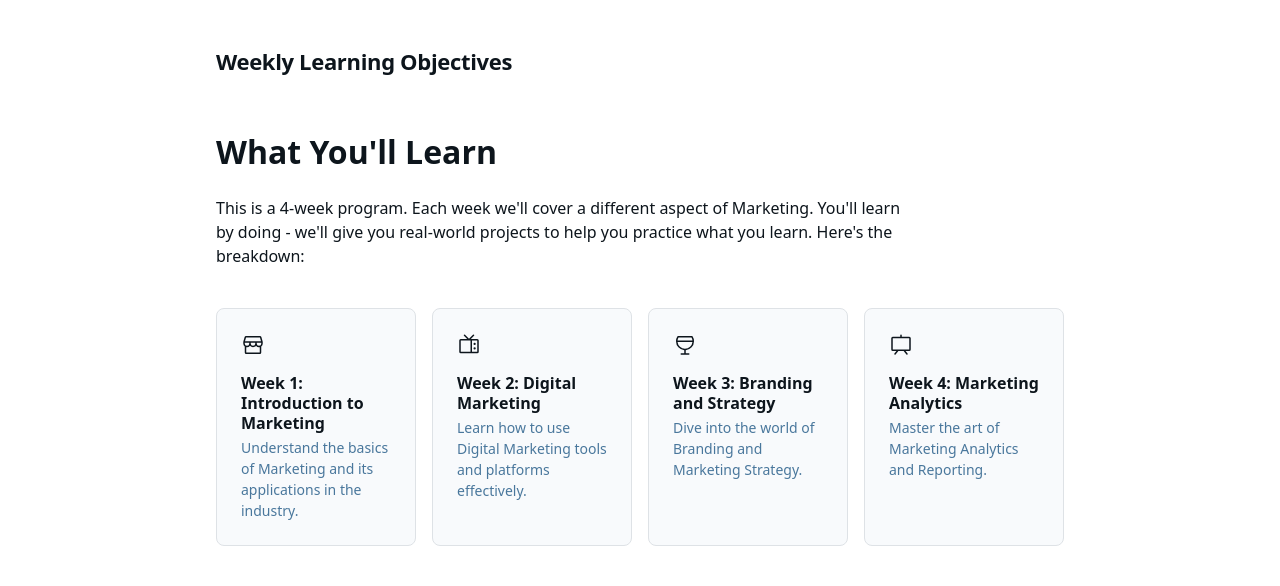
Repository: VickyJulme/fin-page-archesha
Page: /
An editor plug-in stored every save of this project. The page is shown before and after the next save, followed by the edit.
The browser window is 1280 px wide. The pictures show the part of the page from y = 765 to 1351 px (the page is 1351 px tall).
The project was rebuilt for these pictures with package versions that can differ from the ones it lists, and the page was loaded fresh each time. Also part of the build but not shown: vite.config.js, src/App.css, src/Component/HR/Hr.jsx, src/Component/DataScience/DataHome.jsx, src/Component/Marketing/Marketing.css, src/Component/Marketing/Marketing.jsx.

Above is the page before, as saved 2024-08-06 16:53:53.

After the next save:
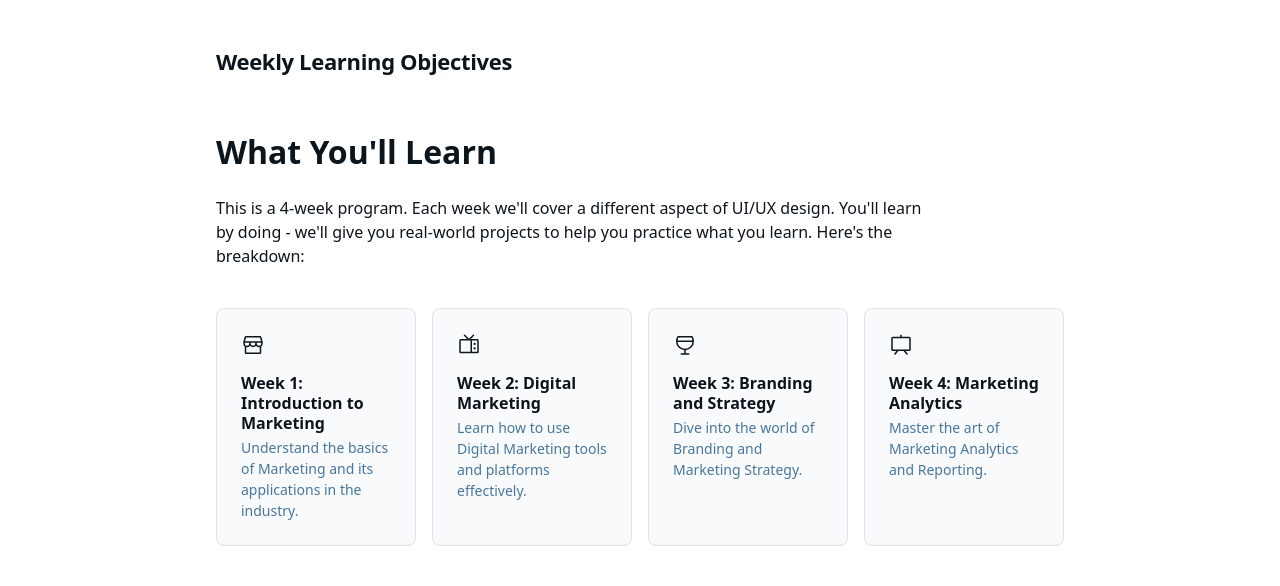
Saved 55 s later.
--- a/src/Component/Design/Ui.jsx
+++ b/src/Component/Design/Ui.jsx
@@ -88,8 +88,8 @@ function Ui() {
                 What You'll Learn
               </h1>
               <p className="text-[#0d151c] text-base font-normal leading-normal max-w-[720px]">
-              This is a 4-week program. Each week we'll cover a different aspect of Marketing. You'll learn<br/> by doing - we'll give you real-world projects to help you practice
-              what you learn. Here's the breakdown:
+              This is a 4-week program. Each week we'll cover a different aspect of UI/UX design. You'll learn by doing - we'll give you real-world projects to help you
+                  practice what you learn. Here's the breakdown:
               </p>
             </div>
             <div className="grid grid-cols-[repeat(auto-fit,minmax(158px,1fr))] gap-3 p-0 ">
